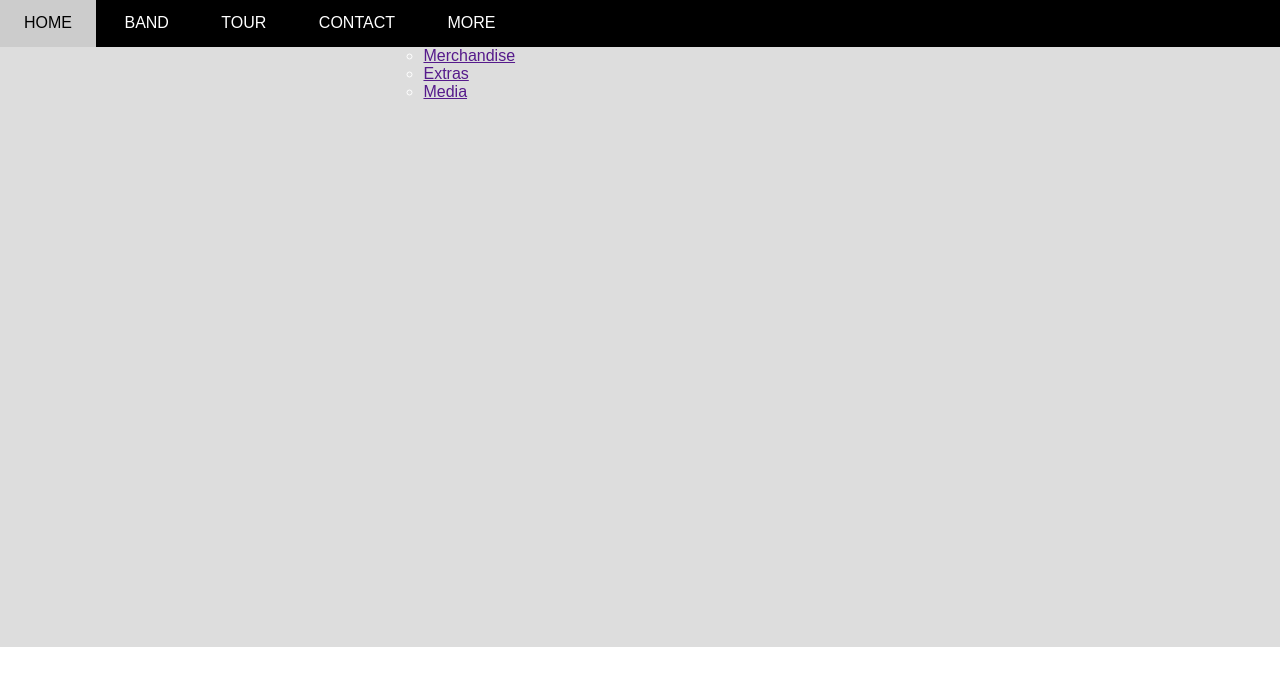
Repository: thanhsonnguyen-gif/f8-learn
Page: index.html
The author's editor kept a copy of each file at every save. The page is drawn from the files as they stood at one save, then again after the next save.
The browser window is 1280 px wide. The pictures show the whole page.

Above is the page before, as saved 2022-06-23 10:59:54.

After the next save:
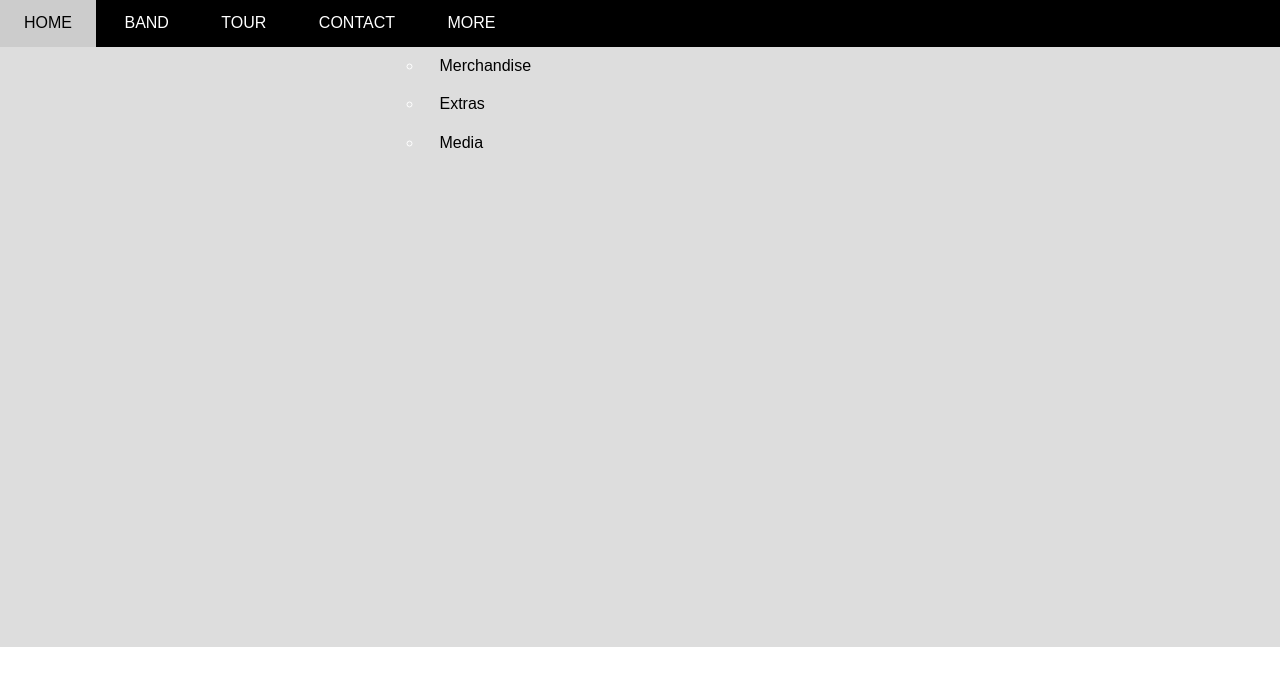
Saved 4 min 20 s later.
--- a/assets/css/style.css
+++ b/assets/css/style.css
@@ -38,6 +38,14 @@
     /* display: none; */
 }
 
+#nav .subnav > li > a{
+    line-height: 38.5px;
+    padding:0 16px;
+    text-decoration: none;
+    color: #000;
+    display: inline-block;
+}
+
 #slide {
 background-color: #ddd;
 min-height: 600px;
